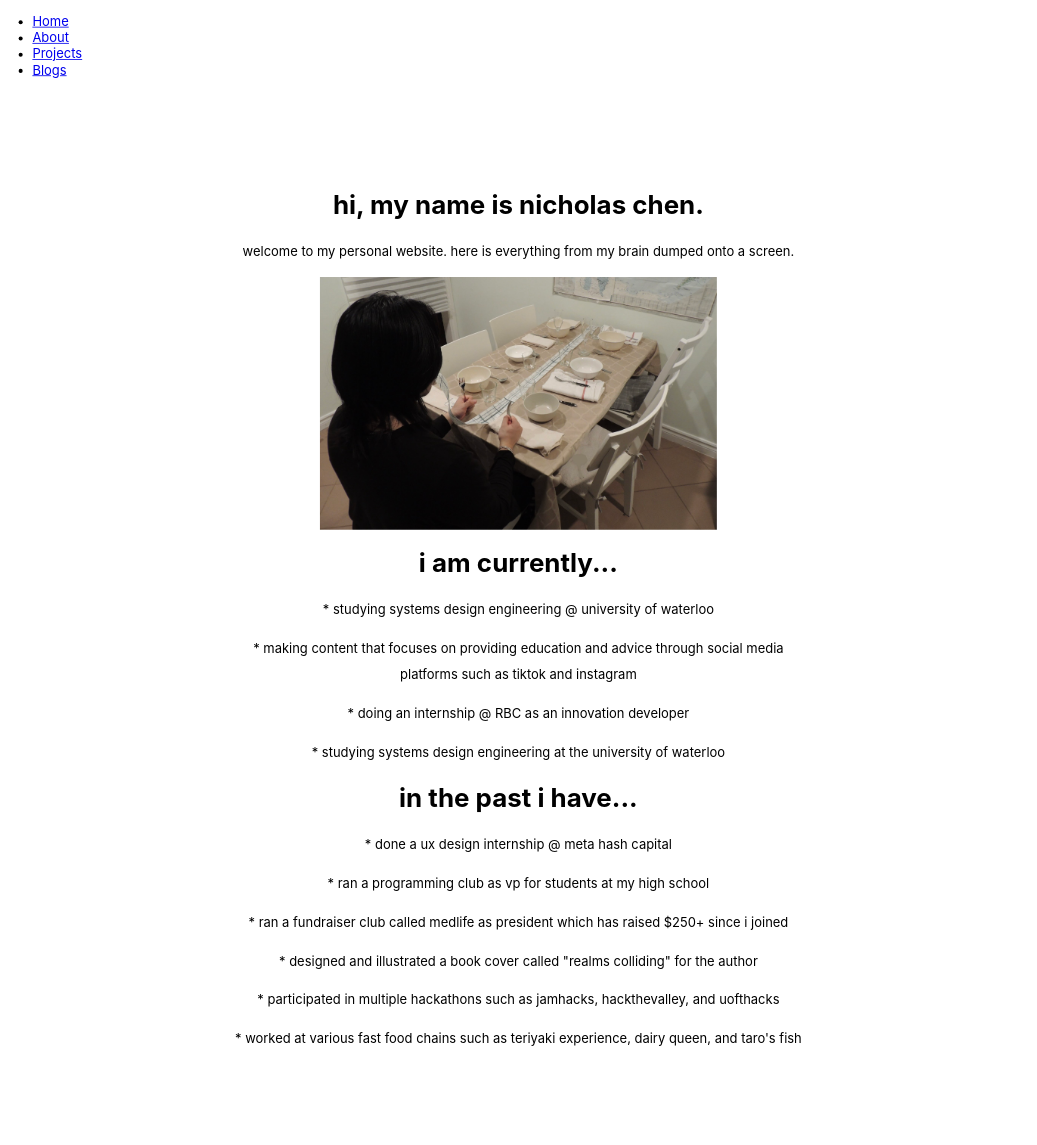
Repository: nicholaschen09/personalWebsite
Page: /
These files come from the project's save history. The page is drawn as it stood at one moment and after the next save; the edit follows.
The browser window is 1280 px wide. The pictures show the whole page, at 81% of full size.
The project was rebuilt for these pictures with package versions that can differ from the ones it lists, and the page was loaded fresh each time. Also part of the build but not shown: src/components/About.css, src/components/About.js, src/components/Projects.css, src/components/Projects.js, src/components/Blog.css, src/components/Blog.js, src/components/Miscellaneous.css, src/components/Miscellaneous.js and 4 more.

Above is the page before, as saved 2024-05-23 13:47:35.

After the next save:
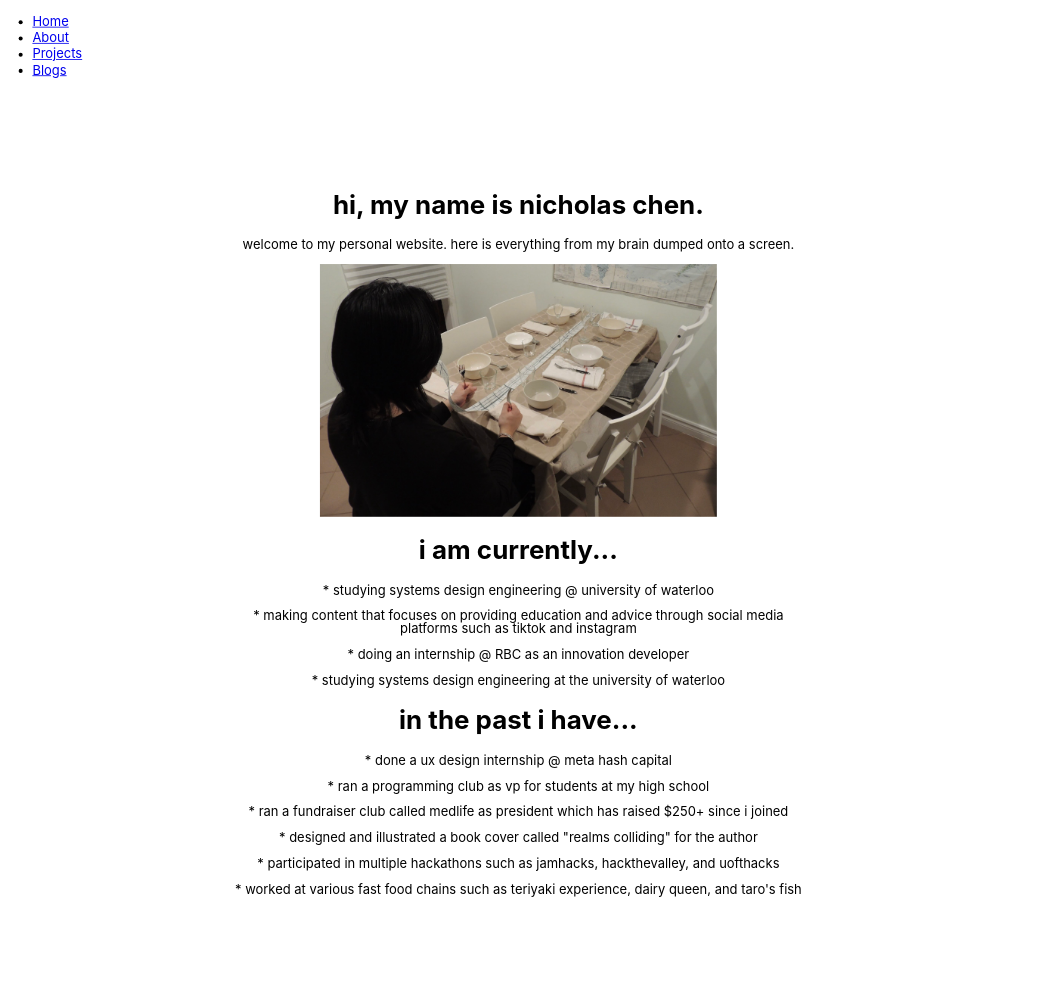
Saved 5 s later.
--- a/src/components/Home.css
+++ b/src/components/Home.css
@@ -14,5 +14,5 @@
     display: block;
 }
 p {
-    line-height: 2;
+    line-height: 1;
 }
